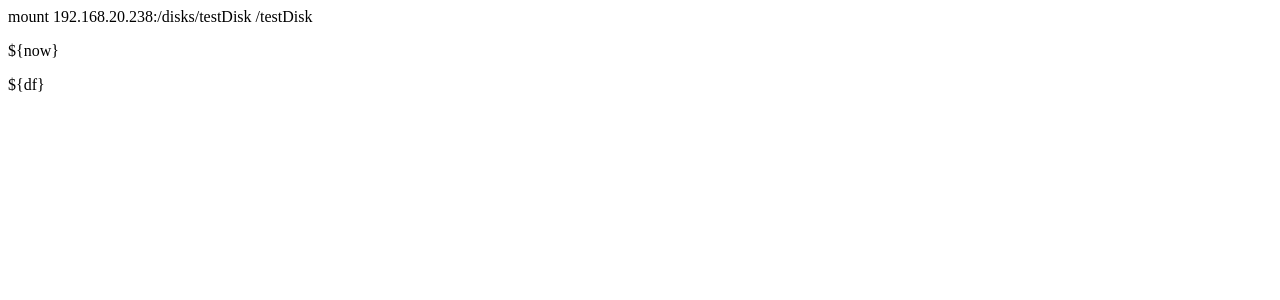
Repository: tttt1213/BIOSversion
Page: main.html
These files come from the project's save history. The page is drawn as it stood at one moment and after the next save; the edit follows.
The browser window is 1280 px wide. The pictures show the whole page.

Above is the page before, as saved 2023-04-03 14:04:10.

After the next save:
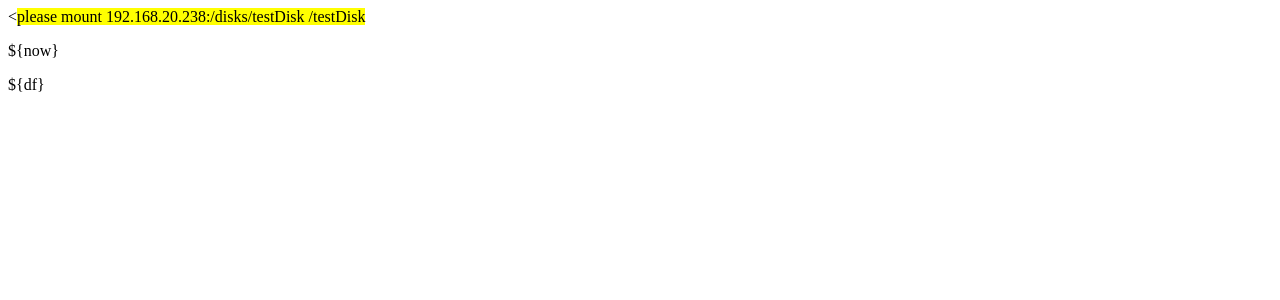
Saved 105 s later.
--- a/main.html
+++ b/main.html
@@ -3,7 +3,7 @@
         <title>マザーボード一覧</title>
     </head>
     <body>
-        <p>mount 192.168.20.238:/disks/testDisk /testDisk</p>
+        <<span style="background:yellow">please mount 192.168.20.238:/disks/testDisk /testDisk</span>
         <p>${now}</p>
         <p>${df}</p>
     </body>
